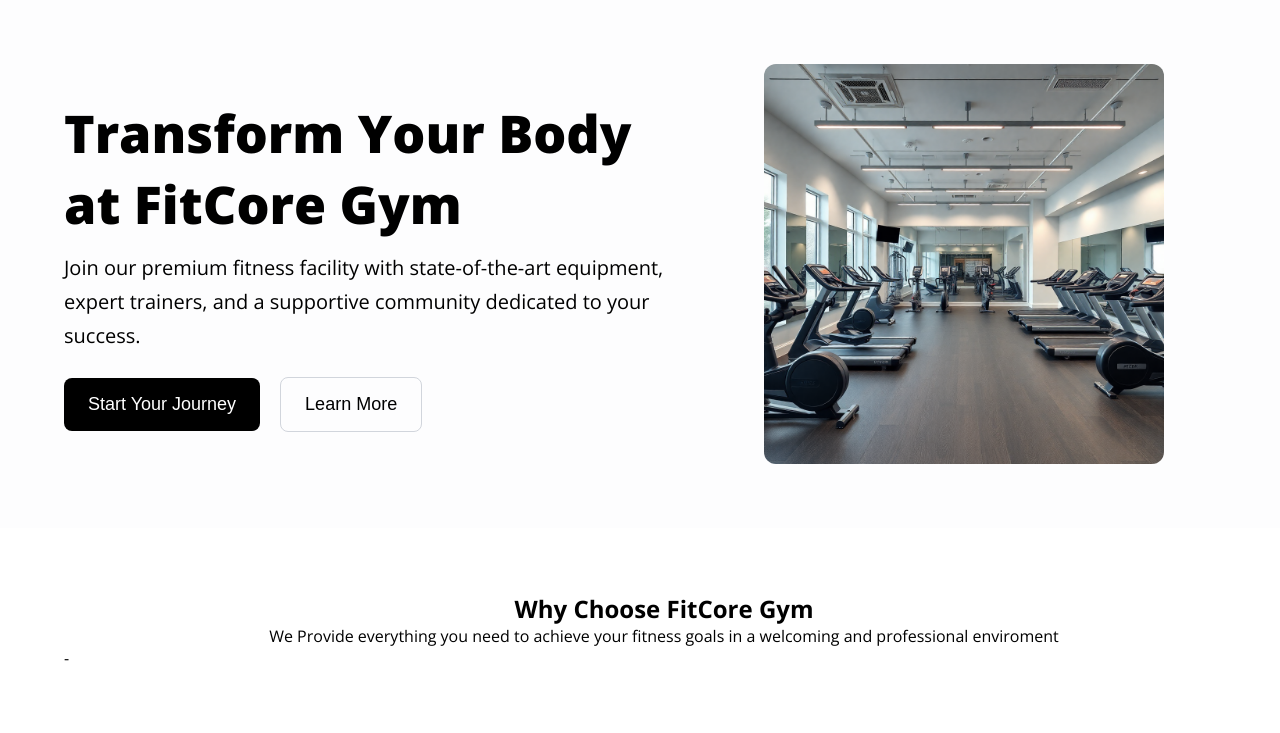
Repository: abdobadawi-ops/Route-Academy-Assignments
Page: Secon Assignment - fit-core-gym/index.html
An editor plug-in stored every save of this project. The page is shown before and after the next save, followed by the edit.
The browser window is 1280 px wide. The pictures show the whole page.

Above is the page before, as saved 2026-04-28 12:40:14.

After the next save:
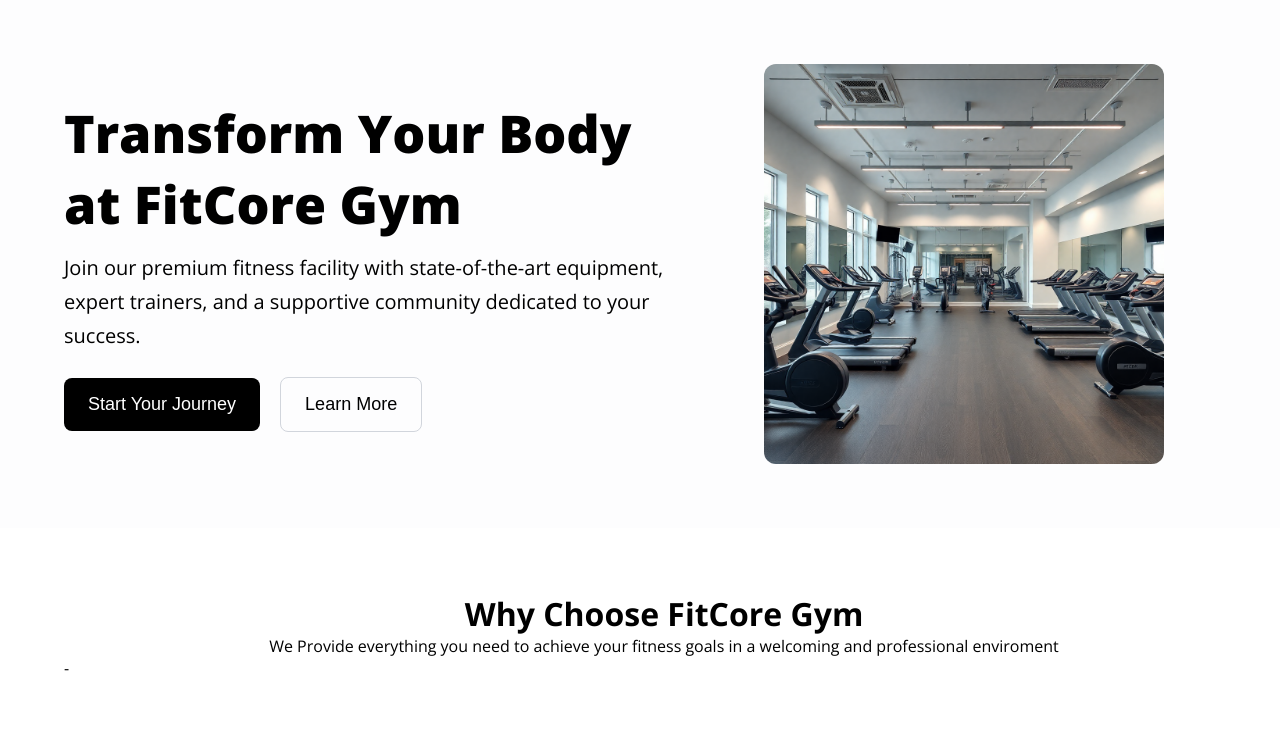
Saved 4 s later.
--- a/Secon Assignment - fit-core-gym/style.css
+++ b/Secon Assignment - fit-core-gym/style.css
@@ -24,7 +24,7 @@ body {
 
 .section-heading {
   text-align: center;
-  h3 {
+  h2 {
     font-size: 32px;
   }
 
